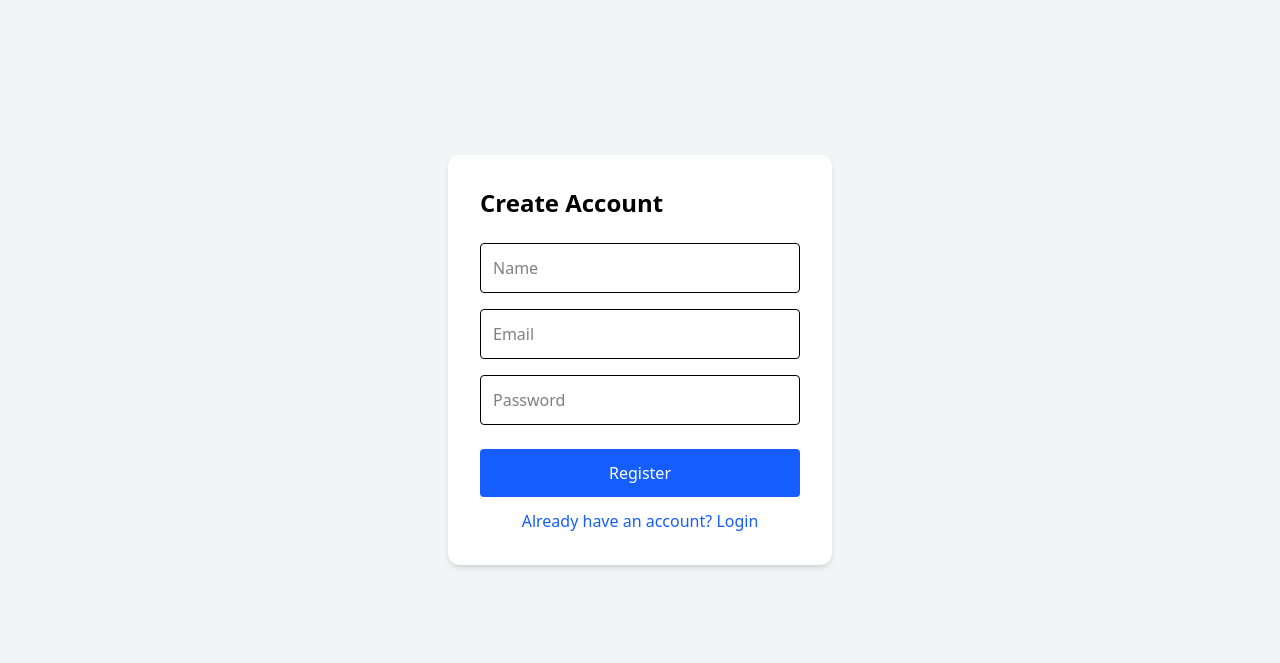
Repository: CoderShanto/Omni-Core
Page: /register (app in frontend/)
An editor plug-in stored every save of this project. The page is shown before and after the next save, followed by the edit.
The browser window is 1280 px wide. The pictures show the whole page.
The project was rebuilt for these pictures with package versions that can differ from the ones it lists, and the page was loaded fresh each time. Also part of the build but not shown: frontend/vite.config.ts, frontend/src/components/Sidebar.tsx, frontend/src/components/Navbar.tsx, frontend/src/layouts/MainLayout.tsx, frontend/src/pages/Dashboard.tsx, frontend/src/components/Button.tsx, frontend/src/components/CompanyForm.tsx, frontend/src/components/CompanyModal.tsx and 9 more.

Above is the page before, as saved 2026-08-10 18:36:02.

After the next save:
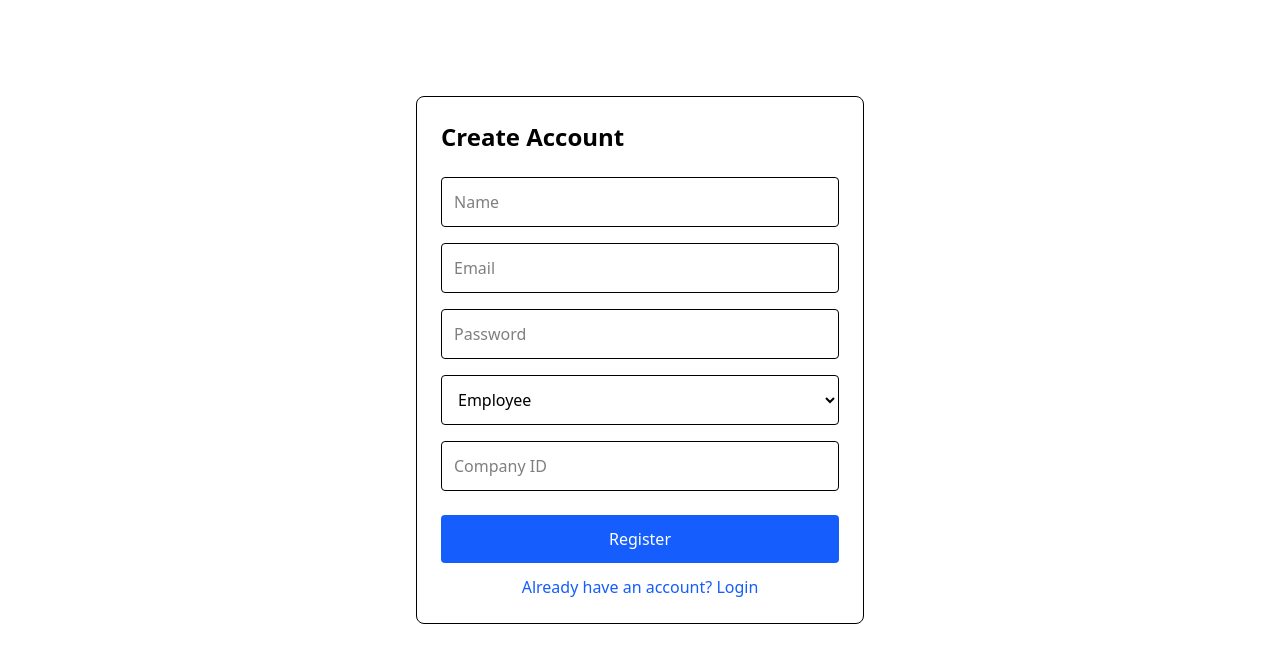
Saved 14 s later.
--- a/frontend/src/pages/Register.tsx
+++ b/frontend/src/pages/Register.tsx
@@ -1,8 +1,11 @@
 import { useState } from "react";
 import { useNavigate } from "react-router-dom";
 
-import { registerUser } from "../services/auth.service";
-import type { RegisterData } from "../services/auth.service";
+import {
+  registerUser,
+  type RegisterData,
+  type UserRole,
+} from "../services/auth.service";
 
 const Register = () => {
   const navigate = useNavigate();
@@ -12,13 +15,16 @@ const Register = () => {
     email: "",
     password: "",
     role: "employee",
+    companyId: "",
   });
 
   const [loading, setLoading] = useState(false);
   const [error, setError] = useState("");
 
   const handleChange = (
-    e: React.ChangeEvent<HTMLInputElement>
+    e: React.ChangeEvent<
+      HTMLInputElement | HTMLSelectElement
+    >
   ) => {
     setFormData({
       ...formData,
@@ -35,7 +41,15 @@ const Register = () => {
       setLoading(true);
       setError("");
 
-      await registerUser(formData);
+      const data: RegisterData = {
+        ...formData,
+        companyId:
+          formData.role === "super_admin"
+            ? undefined
+            : formData.companyId,
+      };
+
+      await registerUser(data);
 
       alert("Registration successful");
 
@@ -50,10 +64,10 @@ const Register = () => {
   };
 
   return (
-    <div className="min-h-screen flex items-center justify-center bg-gray-100">
+    <div className="min-h-screen flex items-center justify-center">
       <form
         onSubmit={handleSubmit}
-        className="bg-white p-8 rounded-xl shadow-md w-96"
+        className="w-full max-w-md p-6 border rounded-lg"
       >
         <h1 className="text-2xl font-bold mb-6">
           Create Account
@@ -92,13 +106,52 @@ const Register = () => {
           value={formData.password}
           onChange={handleChange}
           required
-          className="w-full border p-3 rounded mb-6"
+          className="w-full border p-3 rounded mb-4"
         />
+
+        <select
+          name="role"
+          value={formData.role}
+          onChange={handleChange}
+          className="w-full border p-3 rounded mb-4"
+        >
+          <option value="employee">
+            Employee
+          </option>
+
+          <option value="manager">
+            Manager
+          </option>
+
+          <option value="ceo">
+            CEO
+          </option>
+
+          <option value="client">
+            Client
+          </option>
+
+          <option value="super_admin">
+            Super Admin
+          </option>
+        </select>
+
+        {formData.role !== "super_admin" && (
+          <input
+            type="text"
+            name="companyId"
+            placeholder="Company ID"
+            value={formData.companyId}
+            onChange={handleChange}
+            required
+            className="w-full border p-3 rounded mb-6"
+          />
+        )}
 
         <button
           type="submit"
           disabled={loading}
-          className="w-full bg-blue-600 text-white p-3 rounded hover:bg-blue-700 disabled:opacity-50"
+          className="w-full bg-blue-600 text-white p-3 rounded"
         >
           {loading ? "Creating..." : "Register"}
         </button>
